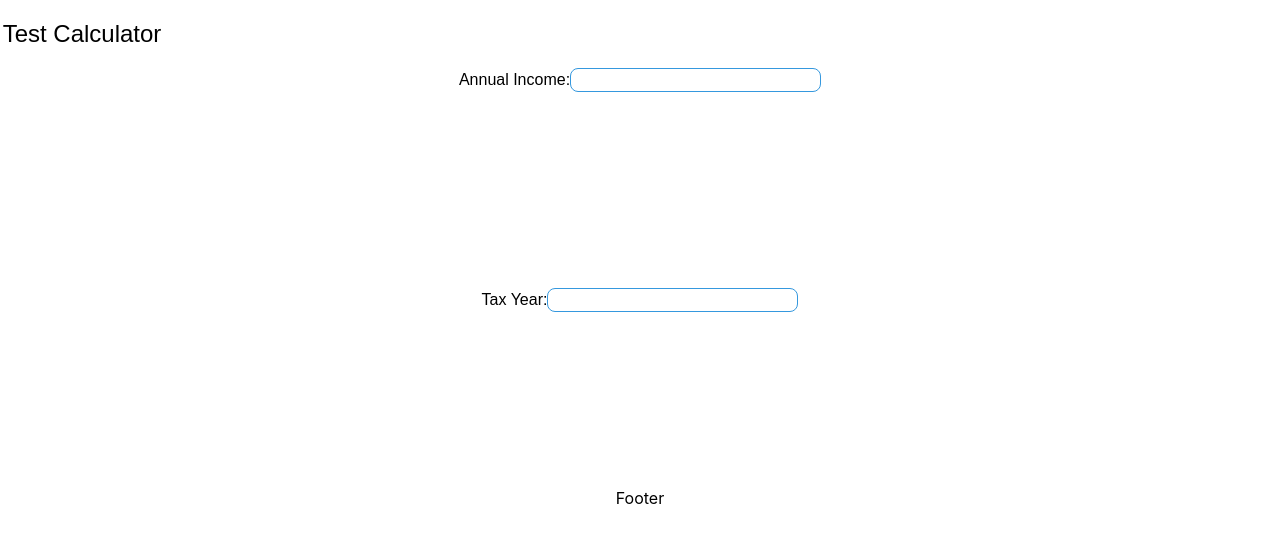
Repository: jbpadilha/taxcalculator
Page: /
These files come from the project's save history. The page is drawn as it stood at one moment and after the next save; the edit follows.
The browser window is 1280 px wide. The pictures show the whole page.
The project was rebuilt for these pictures with package versions that can differ from the ones it lists, and the page was loaded fresh each time.

Above is the page before, as saved 2023-06-16 21:04:57.

After the next save:
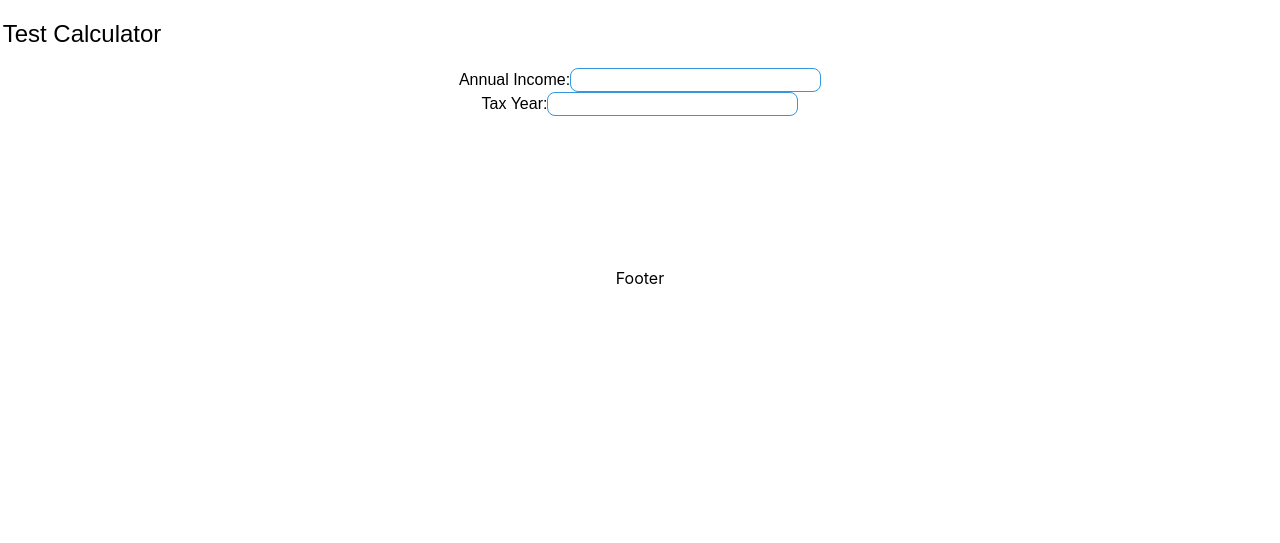
Saved 19 s later.
--- a/src/components/Main.tsx
+++ b/src/components/Main.tsx
@@ -43,12 +43,14 @@ const Main = () => {
         <div style={styles.content}>
             <div style={styles.title}>Test Calculator</div>
             <div style={styles.content}>
-                <label htmlFor='income' style={styles.titleInput}>Annual Income:</label>
-                <input style={styles.input} type="text" id="income" name="income" />
-            </div>
-            <div style={styles.content}>
-                <label htmlFor='taxYear' style={styles.titleInput}>Tax Year:</label>
-                <input style={styles.input} type="text" id="taxYear" name="taxYear" />
+                <div>
+                    <label htmlFor='income' style={styles.titleInput}>Annual Income:</label>
+                    <input style={styles.input} type="text" id="income" name="income" />
+                </div>
+                <div>
+                    <label htmlFor='taxYear' style={styles.titleInput}>Tax Year:</label>
+                    <input style={styles.input} type="text" id="taxYear" name="taxYear" />
+                </div>
             </div>
         </div>
     );
